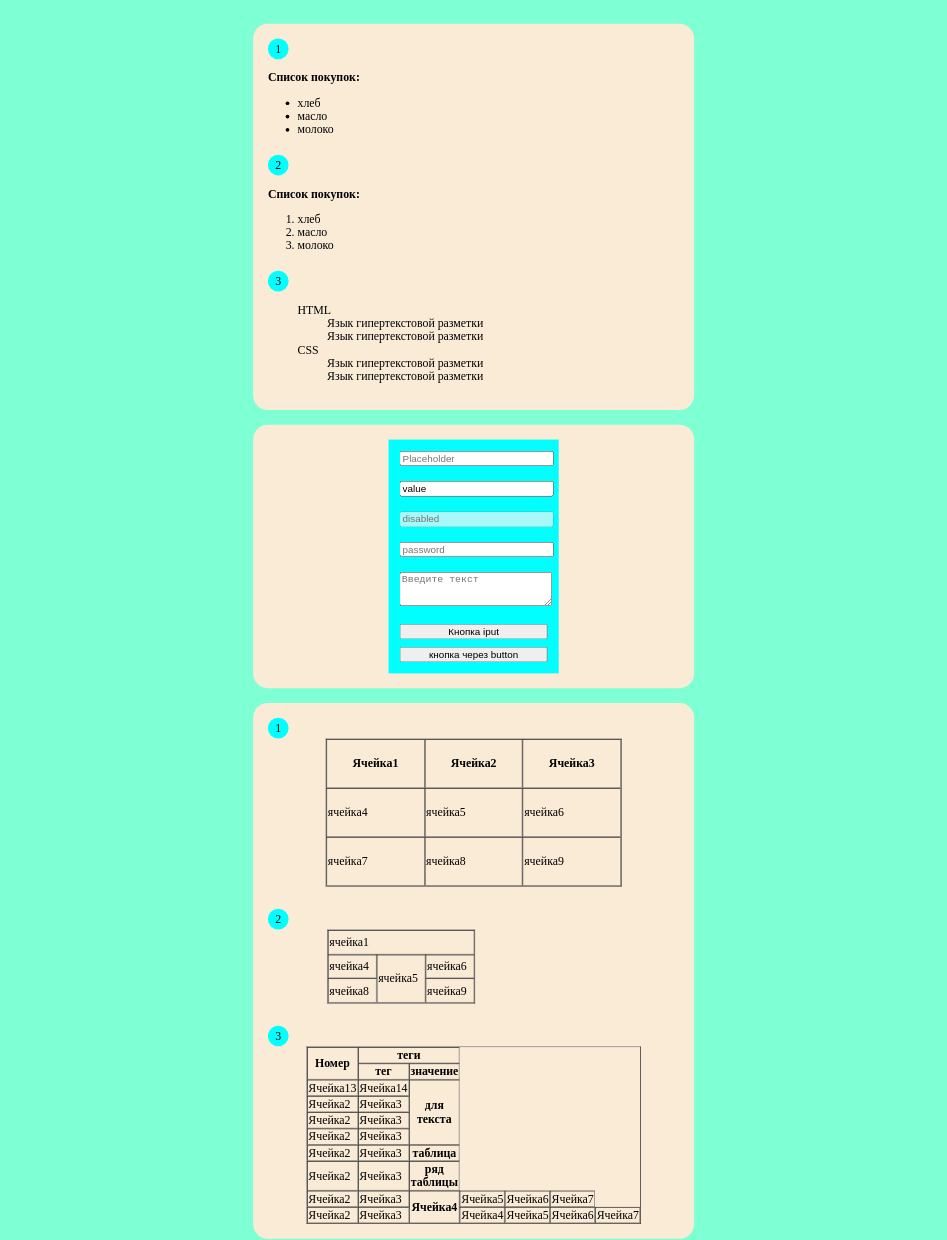
Repository: Savich01/-
Page: html/index.html
An editor plug-in stored every save of this project. The page is shown before and after the next save, followed by the edit.
The browser window is 1280 px wide. The pictures show the whole page, at 74% of full size.

Above is the page before, as saved 2024-05-31 17:29:40.

After the next save:
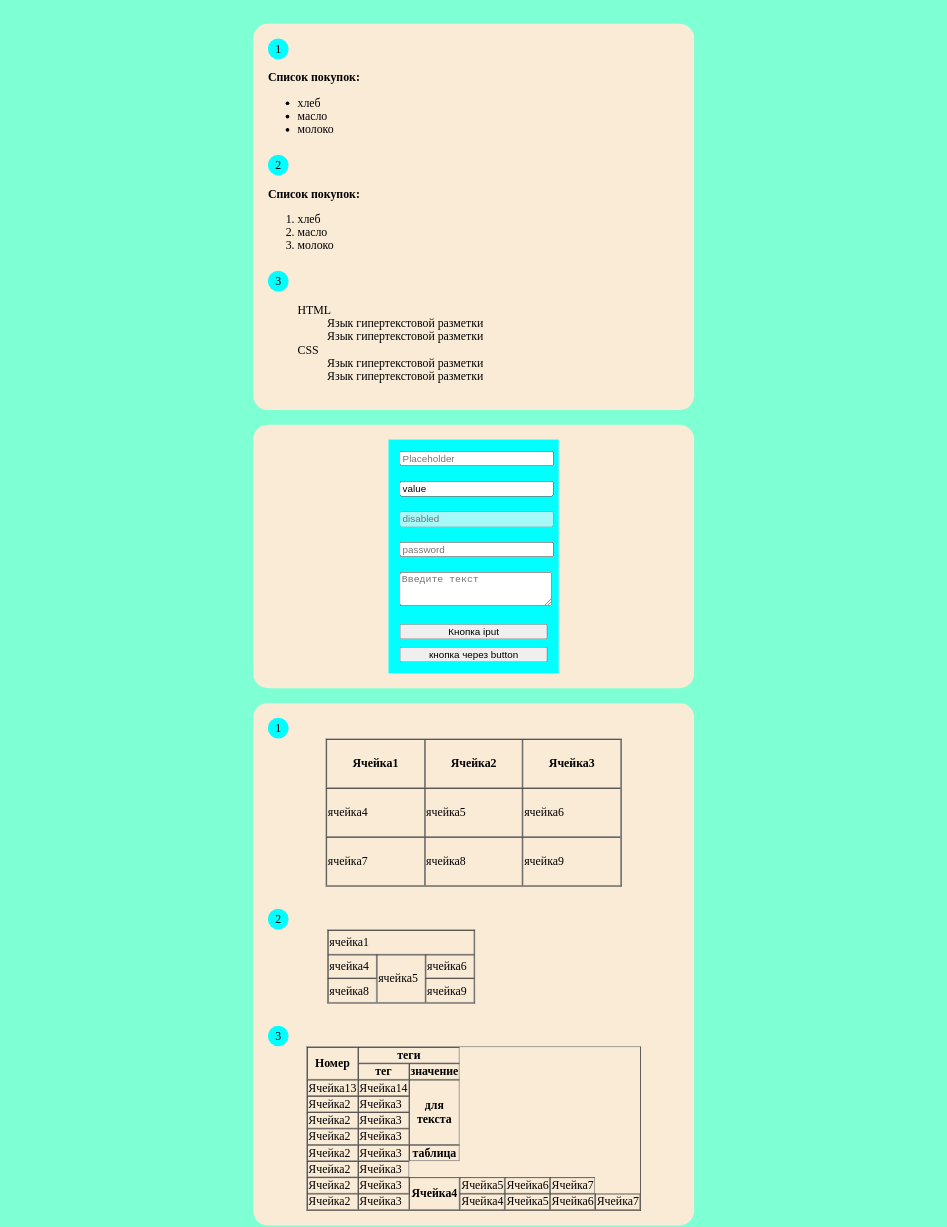
Saved 7 s later.
--- a/html/index.html
+++ b/html/index.html
@@ -164,7 +164,7 @@
                     <tr>
                         <td>Ячейка2</td>
                         <td>Ячейка3</td>
-                        <th colspan="4">ряд таблицы</th>
+                        <!-- <th colspan="4">ряд таблицы</th> -->
                         <!-- <td>Ячейка5</td> -->
                         <!-- <td>Ячейка6</td> -->
                         <!-- <td>Ячейка7</td> -->
